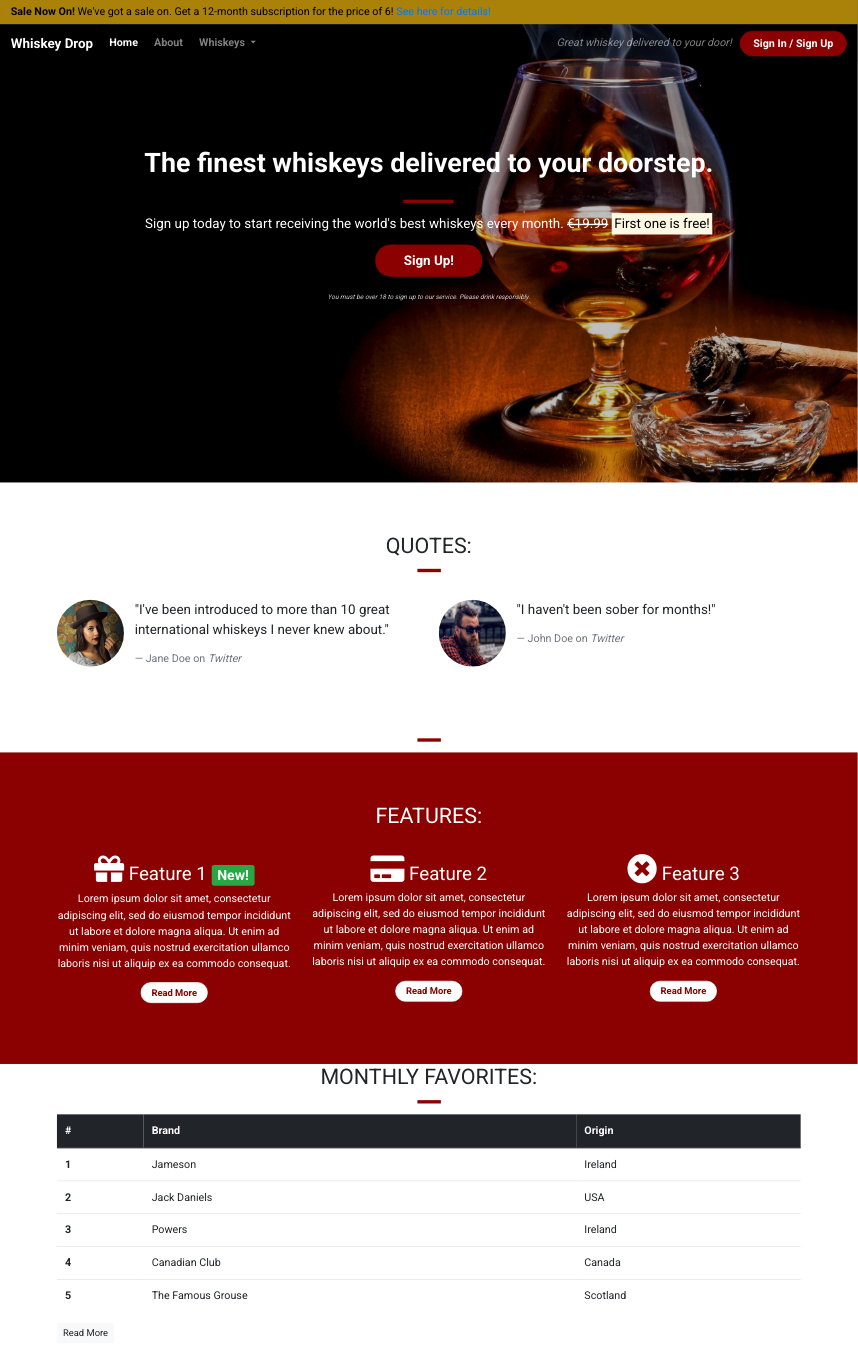
Repository: dof-bull/whiskey-drop
Page: index.html
The author's editor kept a record of every edit. The page is drawn from the files as they stood at one moment, then again after the next edit.
The browser window is 1280 px wide. The pictures show the whole page, at 67% of full size.
Backgrounds fixed to the window are drawn as part of the page. Some web libraries are served in a nearby version.

Above is the page before.

After the next edit:
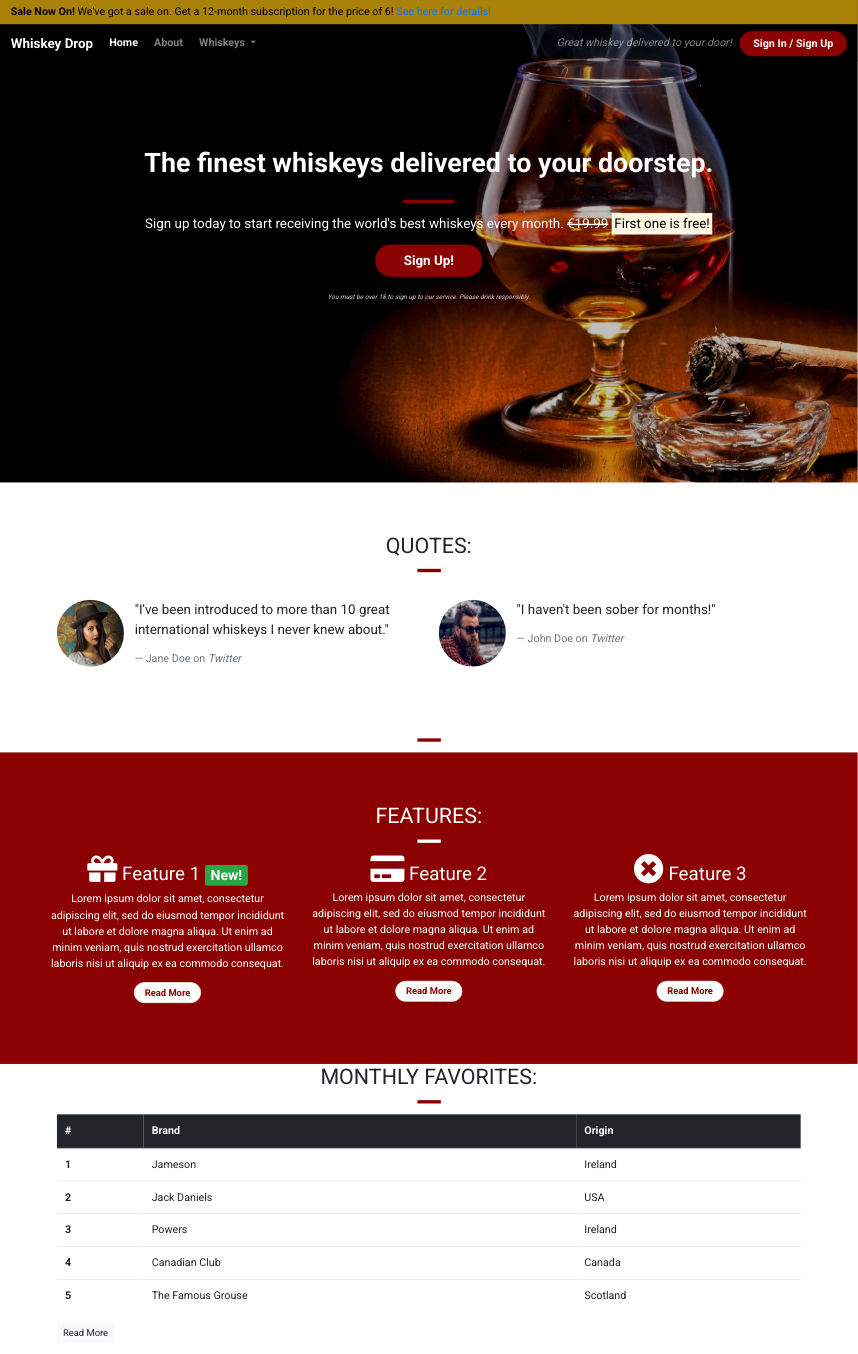
The edit:
--- a/index.html
+++ b/index.html
@@ -123,15 +123,14 @@
   <hr class="block-divider block-divider--short">
 
   <!-- Features -->
-  <div class="container-wrapper container-wrapper--red">
-    <div class="container features-container content-container">
-      <section class="features">
-        <div class="row">
-          <div class="col-12 page-header">
-            <h2 class="text-uppercase">Features:</h2>
-            <hr class="block-divider block-divider--short">
-          </div>
-        </div>
+    <div class="container-wrapper container-wrapper--red">
+        <div class="container features-container content-container">
+            <section class="features">
+                <div class="row">
+                    <div class="col-12 page-header">
+                        <h2 class="text-uppercase">Features:</h2>
+                        <hr class="block-divider block-divider--short block-divider--white">
+                    </div>
         <div class="row">
           <div class="col-12 col-md-6 col-lg-4">
             <div class="feature">
